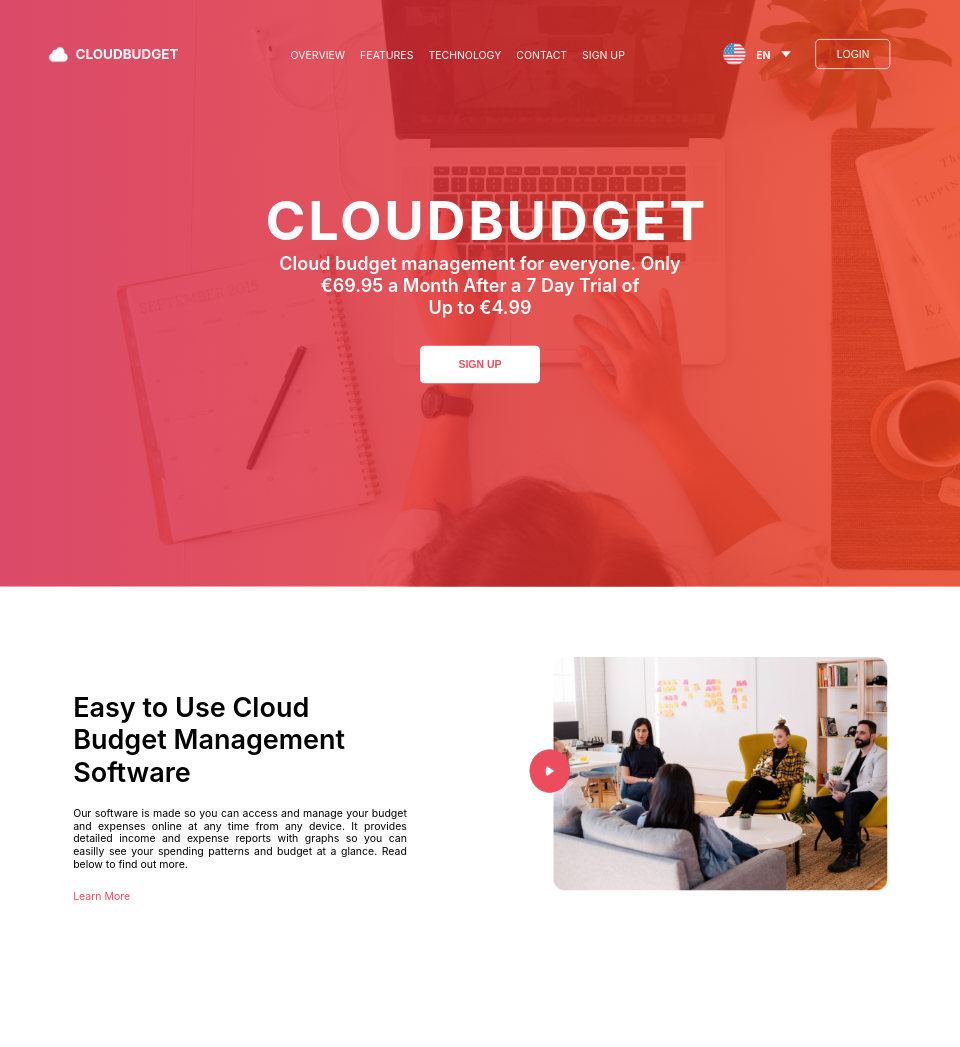
Repository: Ola-22/cloudBudget
Page: /
These files come from the project's save history. The page is drawn as it stood at one moment and after the next save; the edit follows.
The browser window is 1280 px wide. The pictures show the whole page, at 75% of full size.
The project was rebuilt for these pictures with package versions that can differ from the ones it lists, and the page was loaded fresh each time. Also part of the build but not shown: src/Components/Features/FeaturesCard/style.scss.

Above is the page before, as saved 2021-09-13 12:17:06.

### src/App.js
import "./App.css";
import {
  Navbar,
  MainContent,
  VideoSection,
  Features,
} from "./components/component-path";

function App() {
  return (
    <div className="App">
      <div
        className="app-main"
        style={{
          backgroundImage:
            "linear-gradient(90deg, rgba(213, 32, 71, 0.8) 0%, rgba(238, 61, 27, 0.8) 100%),url(/images/bg.png)",
          height: "782px",
        }}
      >
        <Navbar />
        <MainContent />
      </div>
      <VideoSection />
      <Features />
    </div>
  );
}

export default App;

### src/App.css
*{
  margin: 0;
  padding: 0;
  box-sizing: border-box;
}

.app-main{
  /* height: 782px; */
  background-position: center;
  background-repeat: no-repeat;
  background-size: cover;
  position: relative;
}

### src/Components/component-path.js
export { default as Navbar } from "./Navbar";
export { default as MainContent } from "./MainContent";
export { default as VideoSection } from "./VideoSection";
export { default as Features } from "./Features";

### src/Components/Navbar/index.jsx
import "./style.scss";
import { Link, BrowserRouter as Router } from "react-router-dom";

function Navbar() {
  return (
    <div className="nav-main">
      <div className="nav-box">
        <img src="/images/Vector.png" alt="" />
        <h3>CLOUDBUDGET</h3>
      </div>
      <Router>
        <nav>
          <Link to="/">overview</Link>
          <Link to="/">features</Link>
          <Link to="/">technology</Link>
          <Link to="/">contact</Link>
          <Link to="/">sign up</Link>
        </nav>
      </Router>
      <div style={{ display: "flex", cursor: "pointer" }}>
        <div className="flag-box">
          <img src="/images/flag.png" alt="" />
          <h4>EN</h4>
          <img src="/images/vector2.png" alt="" />
        </div>
        <button>Login</button>
      </div>
    </div>
  );
}

export default Navbar;

### src/Components/MainContent/index.jsx
import "./style.css";

export default function MainContent() {
  return (
    <div className="main-content">
      <h1>CloudBudget</h1>
      <p>
        Cloud budget management for everyone. Only €69.95 a Month After a 7 Day
        Trial of
        <br /> Up to €4.99
      </p>
      <button>sign up</button>
    </div>
  );
}

### src/Components/VideoSection/index.jsx
import "./style.scss";

export default function VideoSection() {
  return (
    <div className="videoMain">
      <div className="video-content">
        <h2>Easy to Use Cloud Budget Management Software</h2>
        <p>
          Our software is made so you can access and manage your budget and
          expenses online at any time from any device. It provides detailed
          income and expense reports with graphs so you can easilly see your
          spending patterns and budget at a glance. Read below to find out more.
        </p>
        <a href="#">Learn More</a>
      </div>
      <div>
        <img src="/images/play.png" alt="" />
        <img src="/images/Video_bg.png" alt="" />
      </div>
    </div>
  );
}

### src/Components/Features/index.jsx
import FeaturesCard from "./FeaturesCard";

export default function Features() {
  return (
    <div>
      <FeaturesCard />
    </div>
  );
}

### src/Components/Navbar/style.scss
@import "../../styles/variables.scss";

.nav-main{
  display: flex;
  align-items: center;
  justify-content: space-around;
  padding-top: 52px;
  & >nav{
    display: flex;
    & >a {
      margin-left: 20px;
      text-transform: uppercase;
      color: $whiteColor;
      font-size: 14px;
      text-decoration: none;
    }
  }

  & button{
    width: 100px;
    height: 40px;
    background-color: transparent;
    border-radius: 6px;
    border: 1px solid $whiteColor;
    font-size: 14px;
    text-transform: uppercase;
    color: $whiteColor;
    margin-inline-start: 28.81px;
    margin-inline-end: 28px;
  }
}

.nav-box{
  display: flex;
  // margin-left: 5%;
  & > h3{
    font-size: 18px;
    margin-left: 9.9px;
    color: white;
  }
}

.flag-box{
  display: flex;
  align-items: center;
  width: 96px;
  & > h4{
    font-size: 14px;
    color: $whiteColor;
    margin-inline-start: 13.81px;
    margin-inline-end: 13.81px;
  }
}

### src/Components/MainContent/style.css
.main-content {
  display: -webkit-box;
  display: -ms-flexbox;
  display: flex;
  -webkit-box-align: center;
      -ms-flex-align: center;
          align-items: center;
  -webkit-box-orient: vertical;
  -webkit-box-direction: normal;
      -ms-flex-direction: column;
          flex-direction: column;
  color: #ffffff;
  margin-top: 158px;
}

.main-content > h1 {
  font-size: 72px;
  text-transform: uppercase;
  margin-left: 18px;
  letter-spacing: 0.05em;
}

.main-content > p {
  font-size: 24px;
  width: 540px;
  height: 124px;
  font-weight: 600;
  overflow-wrap: break-word;
  text-align: center;
  margin: 0;
}

.main-content > button {
  background-color: #ffffff;
  border-radius: 6px;
  width: 160px;
  height: 50px;
  font-size: 14px;
  text-transform: uppercase;
  color: #ED4C5C;
  border: none;
  font-weight: 600;
  cursor: pointer;
}
/*# sourceMappingURL=style.css.map */

### src/Components/VideoSection/style.scss
@import "../../styles/variables.scss";

.videoMain{
  display: flex;
  justify-content: space-around;
  margin-top: 94px;
  height: 500px;

  & > div:last-of-type{
    position: relative;
    & img:first-of-type{
      border: 1px solid $btnColor;
      background-color: $btnColor;
      border-radius: 50%;
      padding: 20px;
      // width: 18px;
      position: absolute;
      margin-top: 123px;
      left: -32px;
    }
  }
}

.video-content{
  width: 445px;
  & > h2{
    font-size: 36px;
    line-height: 43px;
    margin-top: 46px;
    font-weight: 600;
  }
  & > p{
    font-size: 14px;
    text-align: justify;
    margin: 24px 0;
  }
  & > a{
    color: $btnColor;
    font-size: 14px;
    text-decoration: none;
  }
}

### src/Components/Features/FeaturesCard/index.js
import "./style.scss";

export default function FeaturesCard({ src, title, paragraph, readmore }) {
  return (
    <div className="features-card">
      <img src={src} alt="" />
      <div>
        <h3>{title}</h3>
        <p>{paragraph}</p>
        <a href="#">{readmore}</a>
      </div>
    </div>
  );
}

### src/styles/variables.scss
$whiteColor: #ffffff;
$blackColor: #000000;
$orangeColor: #EE3D1B;
$pinkColor: #D52047;
$btnColor: #ED4C5C;

Loaded but not shown: public/index.html (common file); src/index.js (common file); src/index.css (common file); src/reportWebVitals.js (common file)

After the next save:
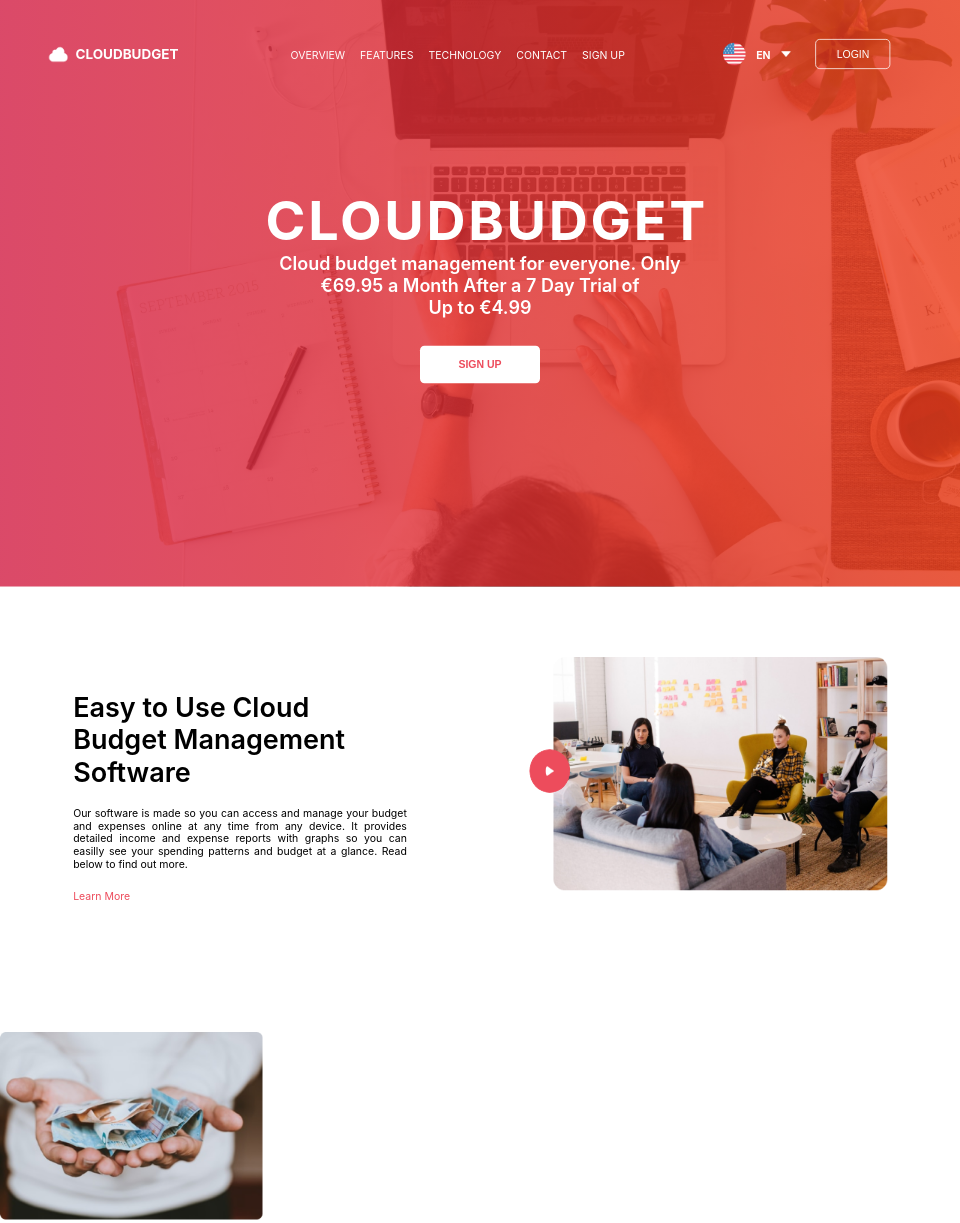
Saved 6 min 37 s later.
--- a/src/Components/Features/index.jsx
+++ b/src/Components/Features/index.jsx
@@ -3,7 +3,7 @@ import FeaturesCard from "./FeaturesCard";
 export default function Features() {
   return (
     <div>
-      <FeaturesCard />
+      <FeaturesCard src="/images/features1.png" />
     </div>
   );
 }
